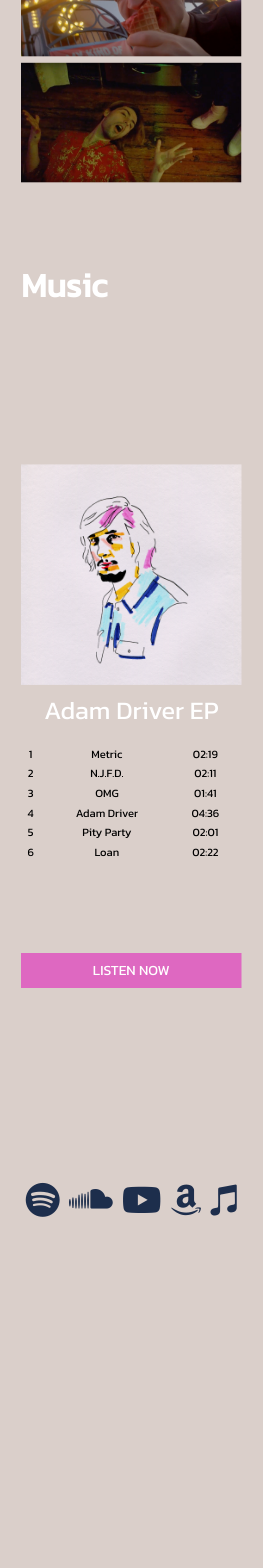
Repository: KrystellBarraza/SipperNYC
Page: index.html
The author's editor kept a copy of each file at every save. The page is drawn from the files as they stood at one save, then again after the next save.
The browser window is 375 px wide. The pictures show the part of the page from y = 1118 to 3358 px (the page is 3397 px tall before and 2485 px after), at 70% of full size.
Some web libraries are served in a nearby version.

Above is the page before, as saved 2019-08-21 13:31:42.

### index.html
<!DOCTYPE html>
    <head>
        <meta charset="utf-8">
        <meta http-equiv="X-UA-Compatible" content="IE=edge">
        <title>Sipper</title>
        <meta name="description" content="Wholesome and intrinsically delicate, SIPPER is an NYC based band who wants nothing more than to make you enjoy whatever they put out.">
        <meta name="viewport" content="width=device-width, initial-scale=1">
        <script src="https://kit.fontawesome.com/0942df55aa.js"></script>
        <script src="https://ajax.googleapis.com/ajax/libs/jquery/3.4.1/jquery.min.js"></script>
        <link rel="stylesheet" href="https://ajax.googleapis.com/ajax/libs/jqueryui/1.12.1/themes/smoothness/jquery-ui.css">
        <script src="https://ajax.googleapis.com/ajax/libs/jqueryui/1.12.1/jquery-ui.min.js"></script>
        <link href="https://fonts.googleapis.com/css?family=Kanit&display=swap" rel="stylesheet">
        <link rel="stylesheet" href="venobox/venoboxcopy.css" type="text/css" media="screen">
        <link rel="stylesheet" href="style.css">
    </head>
    <body>

        <div class="container-home">
            <div class="head">
                <header>
                    <h1><a href="index.html">Sipper</a></h1>

                    <div id="toggleText">
                        <p class="menuToggle Open placeHolder"></p>
                        <p class="menuToggle Close" style="color: #FFF;"></p>
                    </div>

                    <div id="menu">
                        <ul id="hiddenMenu">
                            <li><a href="#video">Video</a></li>
                            <li><a href="#music">Music</a></li>
                            <li><a href="#shows">Shows</a></li>
                            <li><a href="#about">About</a></li>
                        </ul>
                    </div>

                    <div class="inlineMenu">
                        <a href="#video">Video</a>
                        <a href="#music">Music</a>
                        <a href="#shows">Shows</a>
                        <a href="#about">About</a>
                    </div>

                </header>
            </div>

            <div id="menu-container"></div>

            <div class="menu">
                <div class="flexbox-nav">
                    <nav class="side-Nav">
                        <li><a href="#video">Video</a></li>
                        <li><a href="#music">Music</a></li>
                        <li><a href="#shows">Shows</a></li>
                        <li><a href="#about">About</a></li>
                    </nav>
                </div>
            </div>

            <div class="album">
                <img src="images/albumcover.jpg">
            </div>

            <div class="footer"></div>

        </div>


        <div class="container-video">
            <div class="head-video">
                <h1 id="video">Video</h1>
            </div>

            <div class="container video-a">
                <div class="content">
                    <a class="venobox" data-autoplay="true" data-vbtype="video" data-gall="myGallery" href="https://youtu.be/N3MalJX4Ll4">
                        <div class="content-overlay"></div>
                        <img class="content-image" src="images/AdamDriver.jpg" alt="Adam Driver">
                        <div class="content-details fadeIn-bottom">
                            <p class="content-title">Adam Driver</p>
                        </div>
                    </a>
                </div>
            </div>

            <div class="container video-b">
                <div class="content">
                    <a class="venobox" data-autoplay="true" data-vbtype="video" data-gall="myGallery" href="https://youtu.be/suzVxfuO1rU">
                        <div class="content-overlay"></div>
                        <img class="content-image" src="images/Metric.jpg" alt="Metric">
                        <div class="content-details fadeIn-top">
                            <p class="content-title">Metric</p>
                        </div>
                    </a>
                </div>
            </div>

            <div class="container video-c">
                <div class="content">
                    <a class="venobox" data-autoplay="true" data-vbtype="video" data-gall="myGallery" href="https://youtu.be/sNYNVeHuiyg">
                        <div class="content-overlay"></div>
                        <img class="content-image" src="images/NJFD.jpg" alt="N.J.F.D.">
                        <div class="content-details fadeIn-left">
                            <p class="content-title">N.J.F.D.</p>
                        </div>
                    </a>
                </div>
            </div>

            <div class="container video-d">
                <div class="content">
                    <a class="venobox" data-autoplay="true" data-vbtype="video" data-gall="myGallery" href="https://youtu.be/S9CmWtUvWd0">
                        <div class="content-overlay"></div>
                        <img class="content-image" src="images/OMG.jpg" alt="OMG">
                        <div class="content-details fadeIn-right">
                            <p class="content-title">OMG</p>
                        </div>
                    </a>
                </div>
            </div>

            <div class="footer-video"></div>

        </div>

        <div class="container-music">
            <div class="head-music">
                <h1 id="music">Music</h1>
            </div>

            <div class="ep">
                <img src="images/albumcover.jpg">
            </div>

            <div class="music-k">
                <p class="ep-title">Adam Driver EP</p>

                <table>
                    <tr>
                        <td>1</td>
                        <td>Metric</td>
                        <td>02:19</td>
                    </tr>
                    <tr>
                        <td>2</td>
                        <td>N.J.F.D.</td>
                        <td>02:11</td>
                    </tr>
                    <tr>
                        <td>3</td>
                        <td>OMG</td>
                        <td>01:41</td>
                    </tr>
                    <tr>
                        <td>4</td>
                        <td>Adam Driver</td>
                        <td>04:36</td>
                    </tr>
                    <tr>
                        <td>5</td>
                        <td>Pity Party</td>
                        <td>02:01<td>
                    </tr>
                    <tr>
                        <td>6</td>
                        <td>Loan</td>
                        <td>02:22</td>
                    </tr>
                </table>
            </div>

            <div class="music-j">
                <div class="listen">
                    <a href="https://levelmusic.lnk.to/AdamDriver_EP" target="_blank">Listen Now</a>
                </div>
            </div>

            <div class="fabIcons music-g">
                <a href="https://open.spotify.com/album/55qLPgpA8Q9fKp5JZo5pjp" target="_blank"><i class="fab fa-spotify"></i></a>
                <a href="https://soundcloud.com/invertebratemusic/sets/sipper-adam-driver-ep" target="_blank"><i class="fab fa-soundcloud"></i></a>
                <a href="https://www.youtube.com/channel/UC4grwiaSitqhA_vmRum_fdg/search?query=sipper" target="_blank"><i class="fab fa-youtube"></i></a>
                <a href="https://www.amazon.com/gp/product/B07QJBL8ZX/ref=dm_ws_sp_ps_dp" target="_blank"><i class="fab fa-amazon"></i></a>
                <a href="https://music.apple.com/us/album/1459355658?app=music" target="_blank"><i class="fab fa-itunes-note"></i></a>
            </div>

        </div>

        <script src="app.js" async defer></script>
        <script src="venobox/venobox.mincopy.js" async defer></script>
    </body>
</html>

### style.css
* {
    box-sizing: border-box;
}

html {
    scroll-behavior: smooth;
}

body {
    margin: 0;
    background-color: #dacfca;
}

p, li {
    font-family: 'Kanit', sans-serif;
}

p {
    font-size: 18px;
}

h1 {
    font-family: 'Kanit', sans-serif;
    color: #fff;
    font-size: 48px;
}

a {
    text-decoration: none;
    color: #fff;
}

/* Header - Home */

.container-home {
    display: grid;
    grid-template-columns: repeat(12, 1fr);
    grid-template-rows: auto 2fr 1fr;
    grid-gap: 5px;
    grid-column-gap: 20px;
    padding-left: 8%;
    padding-right: 8%;
    grid-template-areas:
    "h h h h h h h h h h h h"
    "c c c c c c c c c m m m"
    "c c c c c c c c c m m m"
    "c c c c c c c c c m m m"
    "f f f f f f f f f f f f";
}

.head {
    grid-area: h;
}

.inlineMenu {
    font-family: 'Kanit', sans-serif;
    font-size: 22px;
    word-spacing: 1em;
    top: 16%;
    right: 10%;
    position: absolute;
}

@media (min-width: 566px) and (max-width: 569px) {
    .inlineMenu {
        top: 19.5%;
        word-spacing: .5em;
    }
}

/* Toggled Header Nav */

#toggleText {
    top: 5%;
    right: 10%;
    color: #fff;
    position: absolute;
    z-index: 10;
}

#menu-container {
    background-color: #03262f;
    position: absolute;
    width: 100%;
    left: 0%;
    height: 100vh;
    z-index: 6;
}

#menu {
    background-color: #03262f;
    position: absolute;
    top: 0%;
    left: 0%;
    width: 100%;
    height: 100vh;
    z-index: 7;
}

#hiddenMenu {
    position: absolute;
    top: 30%;
}

p.placeHolder {
    display: none;
}

p.Open:before {
    content: "Menu";
}

p.Close:before {
    content: "Close";
}

ul {
    list-style: none;
}

li {
    font-size: 44px;
    line-height: 46pt;
}

/* Toggled Menu Media Queries */

@media only screen and (max-width: 450px) {
    nav {
        visibility: hidden;
    }
}

@media only screen and (min-width: 450px) {
    #toggleText {
        visibility: hidden;
    }

    #menu {
        visibility: hidden;
    }

    #menu-container {
        visibility: hidden;
    }
}

/* Scrollbar */

::-webkit-scrollbar { width: 8px; }

::-webkit-scrollbar-track { color: transparent; }

::-webkit-scrollbar-thumb {
    background-color: rgba(000, 0, 0, 0.2);
    border-radius: 5px;
}

/* Menu */

.menu {
    grid-area: m;
}

.flexbox-nav {
    display: flex;
    align-items: flex-end;
    justify-content: flex-end;
    margin-top: 356px;
}

.side-nav {
    align-self: flex-end;
    margin-top: 30px;
}

nav > a {
    font-family: 'Kanit', sans-serif;
    color: #fff;
    font-size: 48px;
}

nav > li {
    list-style-type: none;
    padding: 0;
    margin: 0;
}

@media only screen and (max-width: 416px){
    .menu {
        display: none;
    }

    .container-home {
        display: grid;
        grid-template-columns: repeat(12, 1fr);
        grid-template-rows: auto 2fr 1fr;
        grid-gap: 5px;
        padding-left: 8%;
        padding-right: 8%;
        grid-template-areas:
        "h h h h h h h h h h h h"
        "c c c c c c c c c c c c"
        "c c c c c c c c c c c c"
        "c c c c c c c c c c c c"
        "f f f f f f f f f f f f";
    }

    .album > img {
        object-fit: contain;
        width: 100%;
    }

}

/* Inline Menu Queries */

@media only screen and (max-width: 416px) {
    .inlineMenu {
        display: none;
    }
}

@media only screen and (min-width: 766px){
    .inlineMenu {
        display: none;
    }
}

/* Mobile Landscape Queries */

@media (orientation: landscape) and (max-width: 766px) {
    .menu {
        display: none;
    }

    .container-home {
        display: grid;
        grid-template-columns: repeat(12, 1fr);
        grid-template-rows: auto 2fr 1fr;
        grid-gap: 5px;
        padding-left: 8%;
        padding-right: 8%;
        grid-template-areas:
        "h h h h h h h h h h h h"
        "c c c c c c c c c c c c"
        "c c c c c c c c c c c c"
        "c c c c c c c c c c c c"
        "f f f f f f f f f f f f";
    }

    .album > img {
        object-fit: contain;
        width: 100%;
    }
}

/* Album */

.album {
    grid-area: c;
}

.album > img {
    object-fit: contain;
    width: 100%;
    max-height: 600px;
}

.footer {
    grid-area: f;
    height: 70px;
}


/* Video */

.container-video {
    display: grid;
    grid-template-columns: repeat(12, 1fr);
    grid-template-rows: auto 1fr 1fr;
    grid-gap: 5px;
    grid-column-gap: 20px;
    padding-left: 8%;
    padding-right: 8%;
    grid-template-areas:
    "h h h h h h h h h h h h"
    "a a a a a a b b b b b b"
    "c c c c c c d d d d d d"
    "f f f f f f f f f f f f";
}

.head-video {
    grid-area: h;
}

.video-a {
    grid-area: a;
    justify-self: center;
}

.video-b {
    grid-area: b;
    justify-self: center;
}

.video-c {
    grid-area: c;
    justify-self: center;
}

.video-d {
    grid-area: d;
    justify-self: center;
}

.footer-video {
    grid-area: f;
    height: 70px;
}

.container .title {
    text-align: center;
}

.content {
    position: relative;
    width: 100%;
    max-width: 550px;
    overflow: hidden;
}

.content .content-overlay {
    background: rgba(0,0,0,0.7);
    position: absolute;
    height: 99%;
    width: 100%;
    opacity: 0;
    -webkit-transition: all 0.4s ease-in-out 0s;
    -moz-transition: all 0.4s ease-in-out 0s;
    transition: all 0.4s ease-in-out 0s;
}

.content:hover .content-overlay {
    opacity: 1;
}

.content-image {
    width: 100%;
}

.content-details {
    position: absolute;
    text-align: center;
    padding-left: 1em;
    padding-right: 1em;
    width: 100%;
    top: 50%;
    left: 50%;
    opacity: 0;
    -webkit-transform: translate(-50%, -50%);
    -moz-transform: translate(-50%, -50%);
    transform: translate(-50%, -50%);
    -webkit-transition: all 0.3s ease-in-out 0s;
    -moz-transition: all 0.3s ease-in-out 0s;
    transition: all 0.3s ease-in-out 0s;
}

.content:hover .content-details {
    top: 50%;
    left: 50%;
    opacity: 1;
}

.content-details p {
    color: #fff;
    font-weight: 500;
    letter-spacing: 0.15em;
    margin-bottom: 0.5em;
    font-size: 0.8em;
    text-transform: uppercase;
}

.fadeIn-bottom {
    top: 80%;
}

.fadeIn-top {
    top: 20%;
}

.fadeIn-left {
    left: 20%;
}

.fadeIn-right {
    left: 80%;
}

@media only screen and (max-width: 416px){
    .container-video {
        display: grid;
        grid-template-columns: repeat(12, 1fr);
        grid-template-rows: auto 1fr 1fr;
        grid-gap: 5px;
        padding-left: 8%;
        padding-right: 8%;
        grid-template-areas:
        "h h h h h h h h h h h h"
        "a a a a a a a a a a a a"
        "b b b b b b b b b b b b"
        "c c c c c c c c c c c c"
        "d d d d d d d d d d d d"
        "f f f f f f f f f f f f";
    }

}

/* Music */

.container-music {
    display: grid;
    grid-template-columns: repeat(12, 1fr);
    grid-template-rows: repeat(6, 1fr);
    grid-gap: 5px;
    grid-column-gap: 20px;
    padding-left: 8%;
    padding-right: 8%;
    grid-template-areas:
    "h h h h h h h h h h h h"
    "e e e e e e k k k k k k"
    "e e e e e e k k k k k k"
    "e e e e e e j j j j j j"
    "e e e e e e g g g g g g"
    "f f f f f f f f f f f f";
}

.head-music {
    grid-area: h;
}

.ep {
    grid-area: e;
}

.ep > img {
    object-fit: contain;
    width: 100%;
    max-height: 600px;
}

.music-k {
    grid-area: k;
}

.music-k > .ep-title {
    object-fit: contain;
    text-align: center;
    font-size: 48px;
    color: #fff;
    margin: 0;
    width: 100%;
}

.music-k > table {
    font-family: 'Kanit', sans-serif;
    object-fit: contain;
    text-align: center;
    padding-top: 20px;
    border: 0;
    font-size: 20px;
    width: 100%;
}

.music-g {
    grid-area: g;
    align-items: center;
    height: 50%;
}

.fabIcons {
    display: flex;
    justify-content: space-around;
}

i {
    font-family:'FontAwesome';
    font-size: 50px;
    color: #1d2e4c;
    transition: 0.5s;
}

i.fab:hover {
    color: #3a527c;
}

.music-j {
    grid-area: j;
    align-items: center;

}

.listen {
    margin-top: 50px;
    display: flex;
    justify-content: space-around;
    background: #de68c1;
    font-family: 'Kanit', sans-serif;
    text-transform: uppercase;
    text-align: center;
    align-items: center;
    height: 50px;
    font-size: 1.25em;
    -webkit-transition: 0.5s;
    transition: 0.5s;
    border: none;
}

.listen:hover {
    background: #e794ce;
}

@media only screen and (max-width: 416px) {
    .container-music {
        display: grid;
        grid-template-columns: repeat(12, 1fr);
        grid-template-rows: repeat(6, 1fr);
        grid-gap: 5px;
        grid-column-gap: 20px;
        padding-left: 8%;
        padding-right: 8%;
        grid-template-areas:
        "h h h h h h h h h h h h"
        "e e e e e e e e e e e e"
        "k k k k k k k k k k k k"
        "j j j j j j j j j j j j"
        "g g g g g g g g g g g g"
        "f f f f f f f f f f f f";
    }

    .music-k > table {
        font-size: 16px;
        width: 100%;
        text-align: center;
    }

    .music-k > .ep-title {
        font-size: 36px;
        text-align: center;
    }

}

@media only screen and (max-width: 824px) {
    .music-k > .ep-title {
        font-size: 36px;
        text-align: center;
    }
}

@media (orientation: landscape) and (max-width: 668px) {
    .music-k > .ep-title {
        font-size: 28px;
    }

    .music-k > table {
        font-size: 14px;
        width: 100%;
        text-align: center;
    }
}

### app.js
$(document).ready(() => {
    $('#toggleText').click(() => {
      $('.menuToggle').toggleClass('placeHolder');
      $('#menu').toggle('slide',{direction:'up'}, 1000);
      $('#menu-container').toggle('fade',{direction: 'down'}, 500);
    });
  });

  $(document).ready(function(){
    $('.venobox').venobox({
        spinner:'three bounce',
        closeBackground: 'transparent'
    });
});

Loaded but not shown: venobox/venoboxcopy.css (common file); venobox/venobox.mincopy.js (library)

After the next save:
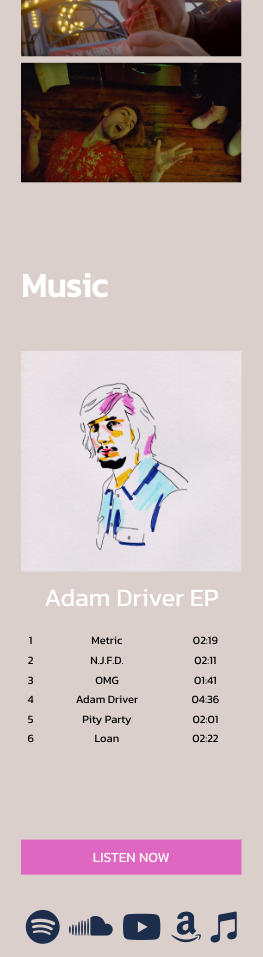
Saved 76 s later.
--- a/style.css
+++ b/style.css
@@ -532,6 +532,8 @@ i.fab:hover {
         grid-template-areas:
         "h h h h h h h h h h h h"
         "e e e e e e e e e e e e"
+        "e e e e e e e e e e e e"
+        "k k k k k k k k k k k k"
         "k k k k k k k k k k k k"
         "j j j j j j j j j j j j"
         "g g g g g g g g g g g g"
